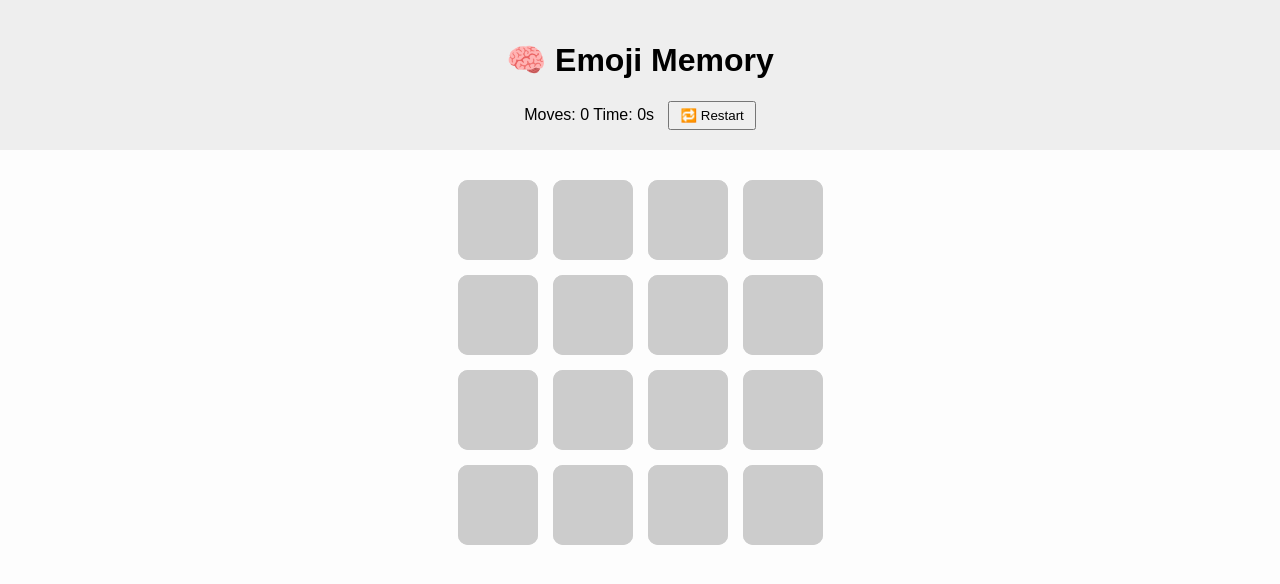
Repository: alokanand524/anand-portfolio
Page: games/emoji-memory/index.html
An editor plug-in stored every save of this project. The page is shown before and after the next save, followed by the edit.
The browser window is 1280 px wide. The pictures show the whole page.

Above is the page before, as saved 2025-07-31 14:31:25.

### games/emoji-memory/index.html
<!DOCTYPE html>
<html lang="en">
<head>
  <meta charset="UTF-8">
  <title>Emoji Memory Flip Game</title>
  <link rel="stylesheet" href="style.css">
</head>
<body>
  <div class="game-header">
    <h1>🧠 Emoji Memory</h1>
    <div class="stats">
      <span id="moves">Moves: 0</span>
      <span id="timer">Time: 0s</span>
      <button id="reset">🔁 Restart</button>
    </div>
  </div>

  <div class="game-board" id="gameBoard"></div>

  <div class="win-screen" id="winScreen">
    <h2>🎉 You Win!</h2>
    <p>Time: <span id="finalTime"></span></p>
    <p>Moves: <span id="finalMoves"></span></p>
    <button onclick="location.reload()">Play Again</button>
  </div>

  <script src="https://code.jquery.com/jquery-3.6.0.min.js"></script>
  <script src="script.js"></script>
</body>
</html>

### games/emoji-memory/style.css
body {
  font-family: sans-serif;
  background: #fdfdfd;
  text-align: center;
  margin: 0;
  padding: 0;
}

.game-header {
  padding: 20px;
  background: #eee;
}

.stats {
  margin-top: 10px;
}

#reset {
  padding: 5px 10px;
  margin-left: 10px;
  cursor: pointer;
}

.game-board {
  display: grid;
  grid-template-columns: repeat(4, 80px);
  grid-gap: 15px;
  justify-content: center;
  padding: 30px;
}

.card {
  width: 80px;
  height: 80px;
  font-size: 2rem;
  background-color: #ccc;
  border-radius: 10px;
  cursor: pointer;
  position: relative;
  transform-style: preserve-3d;
  transition: transform 0.5s;
}

.card.flip {
  transform: rotateY(180deg);
}

.card .front,
.card .back {
  position: absolute;
  width: 100%;
  height: 100%;
  line-height: 80px;
  backface-visibility: hidden;
  border-radius: 10px;
}

.card .front {
  background: #ccc;
}

.card .back {
  background: white;
  transform: rotateY(180deg);
}

.win-screen {
  display: none;
  position: fixed;
  top: 30%;
  left: 50%;
  transform: translateX(-50%);
  background: #fff;
  padding: 30px;
  border: 2px solid #333;
  box-shadow: 0 0 10px rgba(0,0,0,0.3);
}

@media screen and (max-width: 600px) {
  .card {
    font-size: 1.5rem;
  }

  .game-board {
    grid-template-columns: repeat(4, 1fr);
    gap: 10px;
    padding: 10px;
  }

  #reset {
    font-size: 14px;
    padding: 5px 10px;
  }

  .stats {
    font-size: 14px;
  }
}

### games/emoji-memory/script.js
const emojis = ["🍕", "🎮", "🚀", "🐶", "🌈", "⚽", "🎧", "🍩"];
let deck = [...emojis, ...emojis];
let flippedCards = [];
let matched = 0;
let moves = 0;
let timer;
let seconds = 0;
let timerStarted = false;

$(document).ready(function () {
  shuffle(deck);
  createBoard();

  $("#reset").click(() => location.reload());

  $(".card").click(function () {
    if (!timerStarted) {
      startTimer();
      timerStarted = true;
    }

    if ($(this).hasClass("flip") || flippedCards.length === 2) return;

    $(this).addClass("flip");
    flippedCards.push($(this));

    if (flippedCards.length === 2) {
      moves++;
      $("#moves").text("Moves: " + moves);
      checkMatch();
    }
  });
});

function createBoard() {
  deck.forEach(emoji => {
    $("#gameBoard").append(`
      <div class="card">
        <div class="front"></div>
        <div class="back">${emoji}</div>
      </div>
    `);
  });
}

function shuffle(array) {
  array.sort(() => 0.5 - Math.random());
}

function checkMatch() {
  const [card1, card2] = flippedCards;
  if (card1.find(".back").text() === card2.find(".back").text()) {
    matched += 2;
    flippedCards = [];

    if (matched === deck.length) {
      clearInterval(timer);
      $("#finalTime").text(seconds + "s");
      $("#finalMoves").text(moves);
      $("#winScreen").fadeIn();
    }
  } else {
    setTimeout(() => {
      card1.removeClass("flip");
      card2.removeClass("flip");
      flippedCards = [];
    }, 1000);
  }
}

function startTimer() {
  timer = setInterval(() => {
    seconds++;
    $("#timer").text("Time: " + seconds + "s");
  }, 1000);
}

After the next save:
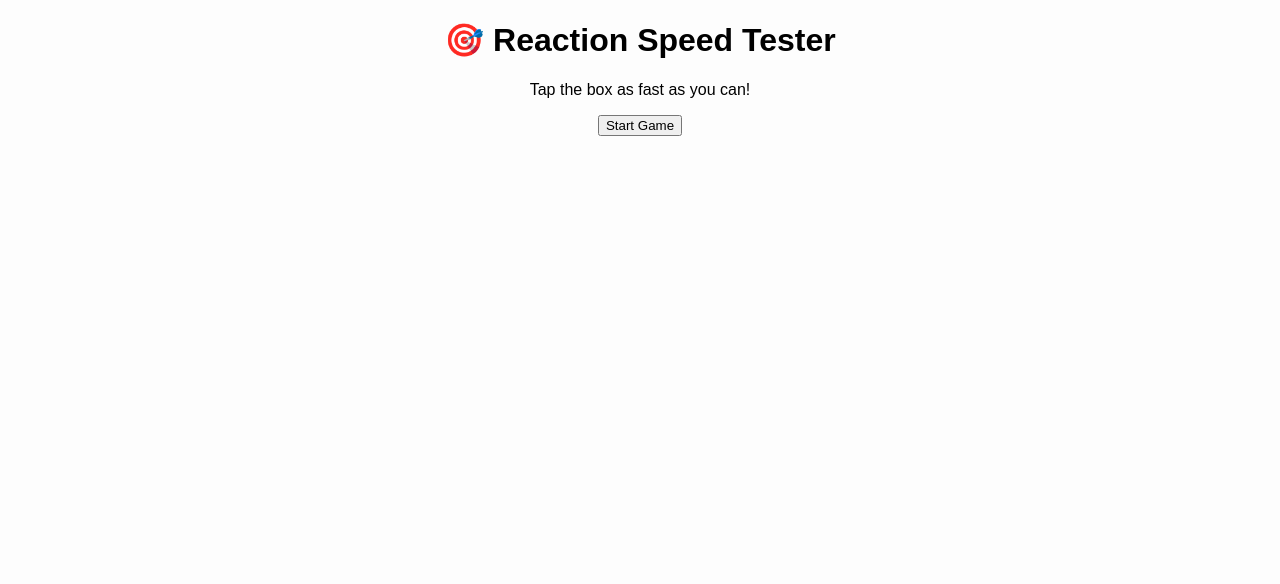
Saved 8 min 54 s later.
--- a/games/emoji-memory/index.html
+++ b/games/emoji-memory/index.html
@@ -2,29 +2,22 @@
 <html lang="en">
 <head>
   <meta charset="UTF-8">
-  <title>Emoji Memory Flip Game</title>
+  <meta name="viewport" content="width=device-width, initial-scale=1.0">
+  <title>Reaction Speed Tester</title>
   <link rel="stylesheet" href="style.css">
+  <script src="https://code.jquery.com/jquery-3.6.0.min.js"></script>
 </head>
 <body>
-  <div class="game-header">
-    <h1>🧠 Emoji Memory</h1>
-    <div class="stats">
-      <span id="moves">Moves: 0</span>
-      <span id="timer">Time: 0s</span>
-      <button id="reset">🔁 Restart</button>
-    </div>
+
+  <div class="container">
+    <h1>🎯 Reaction Speed Tester</h1>
+    <div id="game-box"></div>
+    <div id="message">Tap the box as fast as you can!</div>
+    <ul id="results"></ul>
+    <button id="start-btn">Start Game</button>
+    <button id="restart-btn" style="display: none;">Restart</button>
   </div>
 
-  <div class="game-board" id="gameBoard"></div>
-
-  <div class="win-screen" id="winScreen">
-    <h2>🎉 You Win!</h2>
-    <p>Time: <span id="finalTime"></span></p>
-    <p>Moves: <span id="finalMoves"></span></p>
-    <button onclick="location.reload()">Play Again</button>
-  </div>
-
-  <script src="https://code.jquery.com/jquery-3.6.0.min.js"></script>
   <script src="script.js"></script>
 </body>
 </html>
